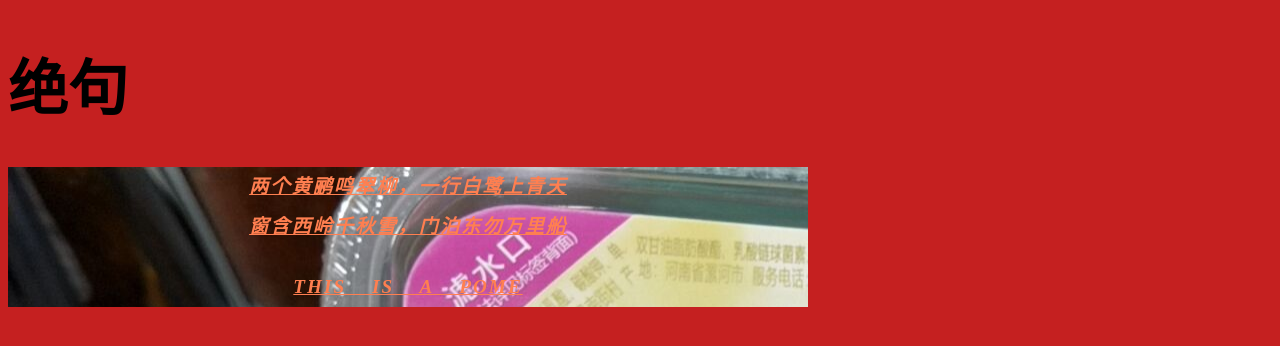
Repository: ljx1197678031/Wed-Design
Page: 01/3.html
The author's editor kept a copy of each file at every save. The page is drawn from the files as they stood at one save, then again after the next save.
The browser window is 1280 px wide. The pictures show the whole page.

Above is the page before, as saved 2020-06-01 22:48:51.

After the next save:
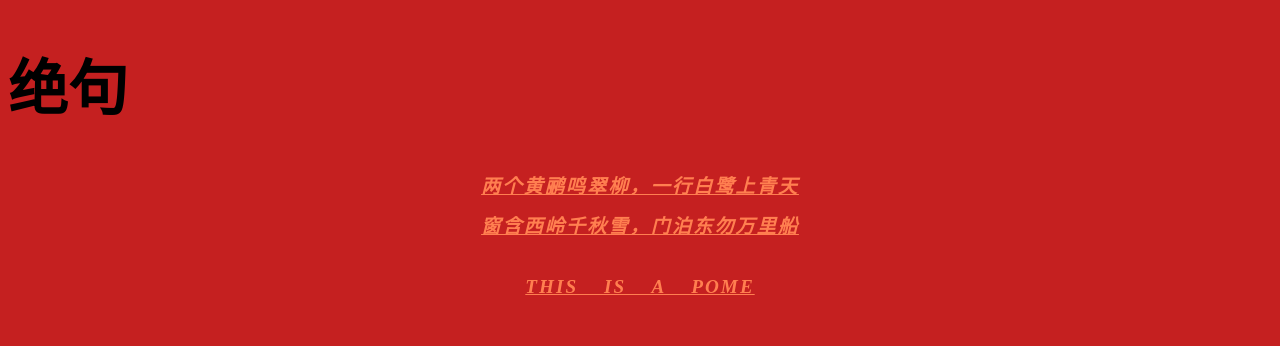
Saved 36 s later.
--- a/01/3.html
+++ b/01/3.html
@@ -26,12 +26,7 @@
         body{
             background-color:rgb(197, 32, 32);
         }
-        #pome{
-            background-image: url(../img/1.jpg);
-            background-repeat: no-repeat;
-            background-color: burlywood;
-            width: 800px;
-        }
+
     </style>
 </head>
 <body>
